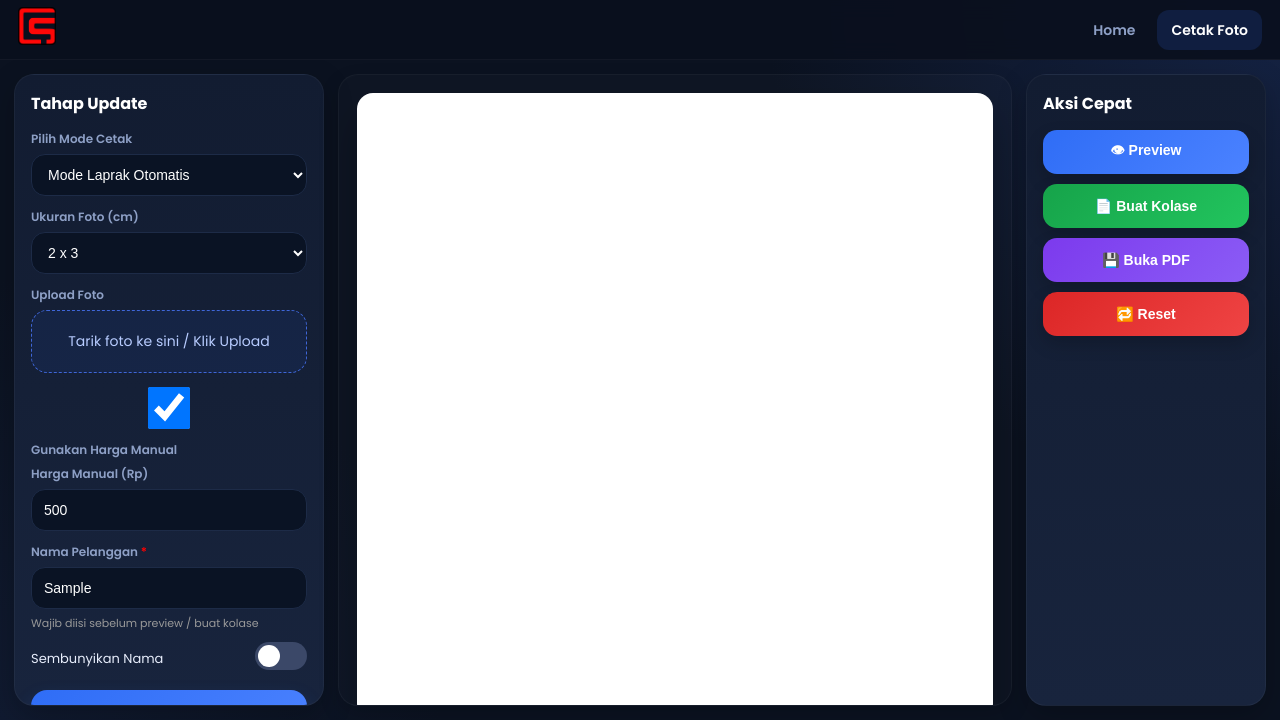
Repository: procinema22/hiisedulurfc
Page: cetakfoto.html
The author's editor kept a copy of each file at every save. The page is drawn from the files as they stood at one save, then again after the next save.
The browser window is 1280 px wide. The pictures show the whole page.
Empty fields were first filled with sample values (such as "Sample", 5 or name@example.com).
After loading, the first visible `#manualHargaCheckbox` was changed once.
An inner scrolling area shows only its first screen.

Above is the page before, as saved 2026-04-29 10:11:34.

### cetakfoto.html
<!DOCTYPE html>

<html lang="id">
<head>
<meta charset="UTF-8">
<meta name="viewport" content="width=device-width, initial-scale=1.0">
<title>SEDULUR FOTO COPY – Cetak Foto</title>
<link rel="icon" type="image/png" href="img/loggo/sdlr.png">
<link href="https://fonts.googleapis.com/css2?family=Poppins:wght@400;500;600;700&display=swap" rel="stylesheet">
<link rel="stylesheet" href="css/cetak.css">
<script src="https://cdn.jsdelivr.net/npm/exif-js"></script>
<script src="https://cdnjs.cloudflare.com/ajax/libs/jspdf/2.5.1/jspdf.umd.min.js"></script>
</head>
<body>
<header>
  <div class="logo"><a href="index.html"><img src="img/loggo/sdlr.png" alt="Sedulur Foto Copy"></a></div>
  <nav>
    <ul>
      <li><a href="index.html">Home</a></li>
      <li><a href="cetakfoto.html" class="active">Cetak Foto</a></li>
         </ul>
  </nav>
</header>
<div class="layout">
  <aside class="left-panel">
    <h2 class="section-title">Tahap Update</h2>

<label>Pilih Mode Cetak</label>
<select id="modeSelect">
  <option value="normal">Mode Laprak Otomatis</option>
  <option value="perfoto">Mode Pas Foto</option>
  <option value="circle">Mode Lingkaran</option>
</select>

<div id="circleControls" style="display:none;">
  <label>Diameter Lingkaran (cm)</label>
  <input
  id="circleDiameter"
  type="number"
  value="4"
  min="1"
  step="0.1"
  placeholder="Diameter cm">
</div>

<label>Ukuran Foto (cm)</label>
<select id="sizeSelect">
  <option value="2x3">2 x 3</option>
  <option value="3x4">3 x 4</option>
  <option value="4x6">4 x 6</option>
  <option value="5x5">5 x 5</option>
  <option value="6x9">6 x 9</option>
  <option value="10x15">10 x 15</option>
  <option value="custom">Custom</option>
</select>

<div id="customSize" style="display:none; gap:10px;">
  <input id="customW" type="number" placeholder="Lebar (cm)">
  <input id="customH" type="number" placeholder="Tinggi (cm)">
</div>

<label>Upload Foto</label>
<div id="dropArea" class="drop-area">Tarik foto ke sini / Klik Upload</div>
<input id="upload" type="file" multiple accept="image/*" hidden>

<label class="inline-check"><input type="checkbox" id="manualHargaCheckbox"> Gunakan Harga Manual</label>

<div id="manualHargaBox" style="display:none;">
  <label>Harga Manual (Rp)</label>
  <input id="manualHargaInput" type="number" value="500" min="500" step="500">
</div>

<!-- GANTI input nama lama -->
<label>Nama Pelanggan <span style="color:red;">*</span></label>
<input id="userName" type="text" placeholder="Nama pelanggan" required>
<small style="color:#999;">Wajib diisi sebelum preview / buat kolase</small>


<div class="switch-wrap">
  <span>Sembunyikan Nama</span>
  <label class="switch">
    <input type="checkbox" id="hideInfo">
    <span class="slider"></span>
  </label>
</div>

<div class="price" id="priceDisplay">Harga: Rp 0</div>
<div id="batchList"></div>

<div class="accordion">

  <button type="button" class="accordion-btn" onclick="toggleMargin()">
    Margin Kertas ▼
  </button>

  <div id="marginSection" class="accordion-content">

    <label>Margin Atas (mm)</label>

    <input id="marginTop" type="number" value="10">

    <label>Margin Bawah (mm)</label>
    <input id="marginBottom" type="number" value="10">

    <label>Margin Kiri (mm)</label>
    <input id="marginLeft" type="number" value="10">

    <label>Margin Kanan (mm)</label>
    <input id="marginRight" type="number" value="10">

    <label>Gap antar foto (px)</label>
    <input id="gap" type="number" value="20">


  </div>

</div>




<label class="inline-check"><input type="checkbox" checked disabled> Hubungi admin untuk menghilangkan watermark</label>


  </aside>

  <section class="center-panel">
    <canvas id="canvas" width="1240" height="1754"></canvas>
    <div class="page-nav" id="pageNav" style="display:none;">
      <button id="prevPage">⬅</button>
      <div id="pageIndicator">Halaman 1 / 1</div>
      <button id="nextPage">➡</button>
    </div>
  </section>

  <aside class="right-panel">
    <h2 class="section-title">Aksi Cepat</h2>
    <button id="previewBtn" class="btn blue">👁 Preview</button>
    <button id="generateBtn" class="btn green">📄 Buat Kolase</button>
    <button id="downloadPdf" class="btn purple">💾 Buka PDF</button>
    <button id="reset" class="btn red">🔁 Reset</button>
  </aside>
</div>
<div id="loadingOverlay"><div class="loader"></div><p>Memproses... tunggu sebentar ya</p></div>
<div id="toast"></div>
<script src="js/state.js"></script>
<script src="js/helpers.js"></script>
<script src="js/upload.js"></script>
<script src="js/batch.js"></script>
<script src="js/layout.js"></script>
<script src="js/render.js"></script>
<script src="js/pdf.js"></script>
<script src="js/events.js"></script>
<script src="js/main.js"></script>
<!-- TAMBAHKAN sebelum </body> -->
<div id="popupNotif" class="popup-notif">
  <div class="popup-card">
    <div class="popup-head">
      <div class="popup-left">
        <div class="popup-icon">💬</div>
        <span>MESSAGES</span>
      </div>
      <small>NOW</small>
    </div>

    <div class="popup-text" id="popupText">
      Nama pelanggan wajib diisi
    </div>
  </div>
</div>
</body>
</html>

### css/cetak.css
/* =====================================
   CETAK.CSS — FINAL PRODUCTION VERSION
   Elegant Dark Pro UI
===================================== */

:root{
  --bg:#0b1220;
  --bg2:#111a2e;
  --card:#121c31;
  --card2:#18243d;
  --line:#24324f;

  --text:#e8eefc;
  --muted:#8ea0c6;

  --primary:#2f6df6;
  --primary2:#4b82ff;
  --success:#16a34a;
  --danger:#ef4444;
  --purple:#7c3aed;

  --radius:16px;
  --radius-sm:12px;

  --shadow:
    0 10px 30px rgba(0,0,0,.22);

  --shadow-soft:
    0 8px 20px rgba(0,0,0,.16);

  --speed:.22s ease;
}

/* ===============================
   RESET
=================================*/
*{
  margin:0;
  padding:0;
  box-sizing:border-box;
}

html,body{
  height:100%;
}

body{
  font-family:"Poppins",sans-serif;
  background:
    radial-gradient(circle at top right,#152344 0%,transparent 35%),
    radial-gradient(circle at bottom left,#101a30 0%,transparent 30%),
    var(--bg);
  color:var(--text);
  overflow:hidden;
}

/* ===============================
   SCROLLBAR
=================================*/
::-webkit-scrollbar{
  width:8px;
  height:8px;
}
::-webkit-scrollbar-track{
  background:#0e1728;
}
::-webkit-scrollbar-thumb{
  background:#2a3b60;
  border-radius:10px;
}
::-webkit-scrollbar-thumb:hover{
  background:#39528b;
}

/* ===============================
   NAVBAR
=================================*/
header{
  height:60px;
  padding:0 18px;
  display:flex;
  align-items:center;
  justify-content:space-between;

  background:rgba(10,16,30,.92);
  backdrop-filter:blur(10px);
  border-bottom:1px solid rgba(255,255,255,.04);

  position:sticky;
  top:0;
  z-index:999;
}

.logo{
  display:flex;
  align-items:center;
}

.logo img{
  height:38px;
  width:auto;
}

nav ul{
  list-style:none;
  display:flex;
  gap:8px;
}

nav a{
  color:var(--muted);
  text-decoration:none;
  font-size:14px;
  font-weight:600;
  padding:10px 14px;
  border-radius:12px;
  transition:var(--speed);
}

nav a:hover,
nav a.active{
  color:#fff;
  background:rgba(47,109,246,.15);
}

/* ===============================
   MAIN LAYOUT
=================================*/
.layout{
  height:calc(100vh - 60px);
  display:grid;
  grid-template-columns:310px 1fr 240px;
  gap:14px;
  padding:14px;
}

/* ===============================
   PANELS
=================================*/
.left-panel,
.right-panel{
  background:linear-gradient(180deg,var(--card),var(--card2));
  border:1px solid rgba(255,255,255,.04);
  border-radius:20px;
  box-shadow:var(--shadow);
  overflow-y:auto;
  padding:16px;
}

.center-panel{
  background:rgba(255,255,255,.02);
  border:1px solid rgba(255,255,255,.03);
  border-radius:20px;
  box-shadow:var(--shadow-soft);

  display:flex;
  flex-direction:column;
  align-items:center;
  justify-content:flex-start;

  overflow:auto;
  padding:18px;
}

.section-title{
  font-size:16px;
  font-weight:700;
  margin-bottom:14px;
  color:#fff;
}

/* ===============================
   FORM
=================================*/
label{
  display:block;
  font-size:12px;
  font-weight:600;
  color:var(--muted);
  margin-bottom:6px;
}

input,
select,
textarea{
  width:100%;
  height:42px;
  border:none;
  outline:none;

  background:#0a1324;
  color:#fff;

  border:1px solid #1d2b47;
  border-radius:14px;

  padding:0 12px;
  font-size:14px;

  margin-bottom:12px;
  transition:var(--speed);
}

input:focus,
select:focus{
  border-color:var(--primary);
  box-shadow:0 0 0 3px rgba(47,109,246,.12);
}

small{
  display:block;
  color:#7387b1;
  margin-top:-6px;
  margin-bottom:10px;
  font-size:11px;
}

/* ===============================
   DROP AREA
=================================*/
.drop-area{
  border:1.6px dashed #3f66d8;
  background:rgba(47,109,246,.08);
  color:#b8ccff;

  border-radius:16px;
  padding:20px;
  text-align:center;
  font-size:14px;
  cursor:pointer;

  margin-bottom:14px;
  transition:var(--speed);
}

.drop-area:hover{
  transform:translateY(-1px);
  background:rgba(47,109,246,.14);
}

/* ===============================
   SWITCH
=================================*/
.switch-wrap{
  display:flex;
  align-items:center;
  justify-content:space-between;
  gap:10px;
  margin:8px 0 14px;
  font-size:13px;
}

.switch{
  position:relative;
  width:52px;
  height:28px;
}

.switch input{
  opacity:0;
  width:0;
  height:0;
}

.slider{
  position:absolute;
  inset:0;
  background:#3b4868;
  border-radius:50px;
  cursor:pointer;
  transition:var(--speed);
}

.slider:before{
  content:"";
  position:absolute;
  width:22px;
  height:22px;
  left:3px;
  top:3px;
  background:#fff;
  border-radius:50%;
  transition:var(--speed);
}

.switch input:checked + .slider{
  background:var(--primary);
}

.switch input:checked + .slider:before{
  transform:translateX(24px);
}

/* ===============================
   PRICE
=================================*/
.price{
  background:linear-gradient(135deg,var(--primary),var(--primary2));
  border-radius:16px;
  padding:14px;
  font-size:20px;
  font-weight:700;
  text-align:center;
  margin:12px 0;
  box-shadow:0 10px 20px rgba(47,109,246,.22);
}

/* ===============================
   BATCH LIST
=================================*/
#batchList{
  display:flex;
  flex-direction:column;
  gap:10px;
}

.batch-row{
  background:#0a1324;
  border:1px solid #1a2742;
  border-radius:14px;
  padding:10px;
}

/* ===============================
   ACCORDION
=================================*/
.accordion-btn{
  width:100%;
  height:42px;
  border:none;
  cursor:pointer;

  border-radius:14px;
  color:#fff;
  font-weight:700;

  background:#0d172b;
  border:1px solid #1d2b47;

  transition:var(--speed);
}

.accordion-btn:hover{
  background:#13203a;
}

.accordion-content{
  display:none;
  padding-top:12px;
}

.accordion-content.show{
  display:block;
}

/* ===============================
   CANVAS
=================================*/
canvas{
  width:100%;
  max-width:720px;
  height:auto;

  background:#fff;
  border-radius:16px;
  border:1px solid rgba(255,255,255,.06);

  box-shadow:
    0 20px 40px rgba(0,0,0,.25);
}

/* ===============================
   PAGE NAV
=================================*/
.page-nav{
  margin-top:14px;
  display:flex;
  align-items:center;
  gap:10px;
}

.page-nav button{
  width:42px;
  height:42px;
  border:none;
  border-radius:12px;
  cursor:pointer;

  color:#fff;
  background:#17253f;

  transition:var(--speed);
}

.page-nav button:hover{
  background:var(--primary);
}

#pageIndicator{
  font-size:13px;
  color:var(--muted);
}

/* ===============================
   BUTTONS
=================================*/
.btn{
  width:100%;
  height:44px;

  border:none;
  cursor:pointer;

  border-radius:14px;
  color:#fff;

  font-size:14px;
  font-weight:700;

  margin-bottom:10px;

  transition:var(--speed);
  box-shadow:
    0 8px 18px rgba(0,0,0,.18);
}

.btn:hover{
  transform:translateY(-2px);
}

.btn:active{
  transform:scale(.98);
}

.blue{
  background:linear-gradient(135deg,#2f6df6,#4b82ff);
}

.green{
  background:linear-gradient(135deg,#16a34a,#22c55e);
}

.purple{
  background:linear-gradient(135deg,#7c3aed,#8b5cf6);
}

.red{
  background:linear-gradient(135deg,#dc2626,#ef4444);
}

/* ===============================
   LOADING
=================================*/
#loadingOverlay{
  position:fixed;
  inset:0;
  background:rgba(0,0,0,.55);
  backdrop-filter:blur(4px);

  display:none;
  flex-direction:column;
  align-items:center;
  justify-content:center;

  z-index:9999;
}

#loadingOverlay.show{
  display:flex;
}

.loader{
  width:52px;
  height:52px;
  border:4px solid rgba(255,255,255,.18);
  border-top:4px solid #fff;
  border-radius:50%;
  animation:spin .9s linear infinite;
}

#loadingOverlay p{
  margin-top:12px;
  color:#fff;
  font-size:14px;
}

@keyframes spin{
  to{
    transform:rotate(360deg);
  }
}

/* ===============================
   TOAST
=================================*/
#toast{
  position:fixed;
  right:18px;
  bottom:18px;

  min-width:220px;
  padding:14px 16px;

  border-radius:14px;
  background:#121c31;
  border:1px solid #22304c;
  color:#fff;

  box-shadow:var(--shadow);
  z-index:10000;

  opacity:0;
  transform:translateY(15px);
  transition:var(--speed);
}

#toast.show{
  opacity:1;
  transform:translateY(0);
}

/* ===============================
   IOS POPUP
=================================*/
.popup-notif{
  position:fixed;
  inset:0;
  display:flex;
  justify-content:center;
  align-items:center;

  background:rgba(0,0,0,.18);
  backdrop-filter:blur(8px);

  z-index:10001;

  opacity:0;
  visibility:hidden;
  pointer-events:none;
  transition:var(--speed);
}

.popup-notif.show{
  opacity:1;
  visibility:visible;
  pointer-events:auto;
}

.popup-card{
  width:360px;
  max-width:92%;

  background:rgba(255,255,255,.95);
  color:#111;

  border-radius:28px;
  padding:18px 20px;

  box-shadow:
    0 30px 60px rgba(0,0,0,.18);

  transform:translateY(25px) scale(.92);
  transition:var(--speed);
}

.popup-notif.show .popup-card{
  transform:translateY(0) scale(1);
}

.popup-head{
  display:flex;
  justify-content:space-between;
  align-items:center;
  margin-bottom:14px;
}

.popup-left{
  display:flex;
  align-items:center;
  gap:10px;
  font-weight:700;
  color:#666;
}

.popup-icon{
  width:28px;
  height:28px;
  border-radius:8px;
  background:#35c759;
  color:#fff;

  display:flex;
  align-items:center;
  justify-content:center;
}

.popup-text{
  font-size:17px;
  font-weight:500;
}

/* ===============================
   RESPONSIVE
=================================*/
@media (max-width:1100px){

  .layout{
    grid-template-columns:280px 1fr;
  }

  .right-panel{
    grid-column:1 / -1;
    display:grid;
    grid-template-columns:repeat(4,1fr);
    gap:10px;
  }

  .right-panel .btn{
    margin:0;
  }
}

@media (max-width:820px){

  body{
    overflow:auto;
  }

  .layout{
    height:auto;
    grid-template-columns:1fr;
  }

  .left-panel,
  .right-panel,
  .center-panel{
    min-height:auto;
  }

  .right-panel{
    grid-template-columns:1fr 1fr;
  }

  canvas{
    max-width:100%;
  }

  nav ul{
    gap:4px;
  }

  nav a{
    padding:8px 10px;
    font-size:12px;
  }
}

@media (max-width:560px){

  header{
    padding:0 10px;
  }

  .logo img{
    height:32px;
  }

  .right-panel{
    grid-template-columns:1fr;
  }

  .price{
    font-size:17px;
  }

  .popup-card{
    padding:16px;
  }

  .popup-text{
    font-size:15px;
  }
}

/* ===============================
   PRINT
=================================*/
@media print{

  header,
  .left-panel,
  .right-panel,
  .page-nav,
  #toast,
  #loadingOverlay,
  .popup-notif{
    display:none !important;
  }

  body{
    background:#fff;
  }

  .layout{
    display:block;
    padding:0;
    height:auto;
  }

  .center-panel{
    border:none;
    box-shadow:none;
    padding:0;
  }

  canvas{
    width:210mm !important;
    height:297mm !important;
    border:none;
    border-radius:0;
    box-shadow:none;
  }
}

@page{
  size:A4;
  margin:0;
}

### js/events.js
/* =====================================
   FILE: js/events.js
   FINAL PRODUCTION VERSION
===================================== */

window.addEventListener("load", () => {

  /* ---------------------------
     PREVIEW
  --------------------------- */
  previewBtn?.addEventListener("click", async () => {

    if (!batches.length) {
      toast("Belum ada foto");
      return;
    }

    if (!cekNamaPelanggan()) return;

    showLoading();

    try {
      await autoPreview();
      toast("Preview selesai");
    } catch (err) {
      console.error("Preview error:", err);
      toast("Preview gagal");
    } finally {
      hideLoading();
    }

  });

  /* ---------------------------
     GENERATE
  --------------------------- */
  generateBtn?.addEventListener("click", async () => {

    if (!batches.length) {
      toast("Belum ada foto");
      return;
    }

    if (!cekNamaPelanggan()) return;

    showLoading();

    try {
      await autoPreview();
      toast("Kolase selesai");
    } catch (err) {
      console.error("Generate error:", err);
      toast("Generate gagal");
    } finally {
      hideLoading();
    }

  });

  /* ---------------------------
     PDF
  --------------------------- */
  downloadPdf?.addEventListener("click", async () => {

    if (!batches.length) {
      toast("Belum ada foto");
      return;
    }

    if (!cekNamaPelanggan()) return;

    showLoading();

    try {
      await openPdfFile();
      toast("PDF dibuka");
    } catch (err) {
      console.error("PDF error:", err);
      toast("Gagal membuka PDF");
    } finally {
      hideLoading();
    }

  });

  /* ---------------------------
     RESET
  --------------------------- */
  resetBtn?.addEventListener("click", () => {

    resetState();

    refreshBatchList();
    clearCanvas();
    updatePricePreview();

    if (pageNav) pageNav.style.display = "none";
    if (upload) upload.value = "";
    if (userName) userName.value = "";

    toast("Reset selesai");

  });

  /* ---------------------------
     PAGE NAV
  --------------------------- */
  prevPageBtn?.addEventListener("click", () => {
    showPageAtIndex(currentPageIndex - 1);
  });

  nextPageBtn?.addEventListener("click", () => {
    showPageAtIndex(currentPageIndex + 1);
  });

  /* ---------------------------
     MODE CHANGE
  --------------------------- */
  modeSelect?.addEventListener("change", async () => {

    const mode = modeSelect.value;

    if (circleControls) {
      circleControls.style.display =
        mode === "circle" ? "block" : "none";
    }

    if (customSize) {
      customSize.style.display =
        mode !== "circle" &&
        sizeSelect?.value === "custom"
          ? "flex"
          : "none";
    }

    if (batches.length) {
      await autoPreview();
    }

  });

  /* ---------------------------
     SIZE CHANGE
  --------------------------- */
  sizeSelect?.addEventListener("change", async () => {

    if (customSize) {
      customSize.style.display =
        sizeSelect.value === "custom" &&
        modeSelect?.value !== "circle"
          ? "flex"
          : "none";
    }

    if (batches.length) {
      await autoPreview();
    }

  });

  /* ---------------------------
     LIVE AUTO PREVIEW
  --------------------------- */
  [
    marginTop,
    marginBottom,
    marginLeft,
    marginRight,
    gapInput,
    customW,
    customH,
    circleDiameter
  ].forEach(el => {

    if (!el) return;

    el.addEventListener("input", async () => {
      if (batches.length) {
        await autoPreview();
      }
    });

  });

});

/* =====================================
   POPUP IOS STYLE
===================================== */
function showPopup(message = "Notifikasi") {

  const popup = document.getElementById("popupNotif");
  const text  = document.getElementById("popupText");

  if (!popup || !text) return;

  text.textContent = message;
  popup.classList.add("show");

  clearTimeout(window.popupTimer);

  window.popupTimer = setTimeout(() => {
    popup.classList.remove("show");
  }, 2200);
}

/* =====================================
   VALIDASI NAMA WAJIB
===================================== */
function cekNamaPelanggan() {

  const nama = userName?.value.trim();

  if (nama === "") {

    showPopup("Nama pelanggan wajib diisi!");

    userName.focus();
    userName.style.border = "2px solid #ef4444";

    setTimeout(() => {
      userName.style.border = "";
    }, 1800);

    return false;
  }

  return true;
}

### js/main.js
/* =====================================
   FILE: js/main.js
   Init / Startup
===================================== */

/* ---------------------------
   Toggle Manual Harga Box
--------------------------- */
if (
    manualHargaCheckbox &&
    manualHargaBox
  ) {
    manualHargaCheckbox.onchange =
      () => {

        manualHargaBox.style.display =
          manualHargaCheckbox.checked
            ? "block"
            : "none";

        updatePricePreview();
      };

    /* init pertama */
    manualHargaBox.style.display =
      manualHargaCheckbox.checked
        ? "block"
        : "none";
  }

  /* ---------------------------
     Toggle Margin Accordion
     dipanggil dari HTML:
     onclick="toggleMargin()"
  --------------------------- */
  function toggleMargin() {

    const box =
      document.getElementById(
        "marginSection"
      );

    if (!box) return;

    const open =
      box.style.display ===
      "block";

    box.style.display =
      open ? "none" : "block";
  }

  /* ---------------------------
     First Render
  --------------------------- */
  function initApp() {

    clearCanvas();

    refreshBatchList();

    updatePricePreview();

    if (pageNav) {
      pageNav.style.display =
        "none";
    }

    if (circleControls) {
      circleControls.style.display =
        modeSelect?.value ===
        "circle"
          ? "block"
          : "none";
    }

    if (customSize) {
      customSize.style.display =
        sizeSelect?.value ===
        "custom"
          ? "flex"
          : "none";
    }

    console.log(
      "SEDULUR FOTO COPY READY"
    );
  }

  /* ---------------------------
     Jalankan
  --------------------------- */
  initApp();

Loaded but not shown: js/render.js (272 lines, source omitted); js/layout.js (223 lines, source omitted); js/upload.js (238 lines, source omitted); js/pdf.js (218 lines, source omitted); js/helpers.js (145 lines, source omitted); js/batch.js (149 lines, source omitted); js/state.js (124 lines, source omitted)

After the next save:
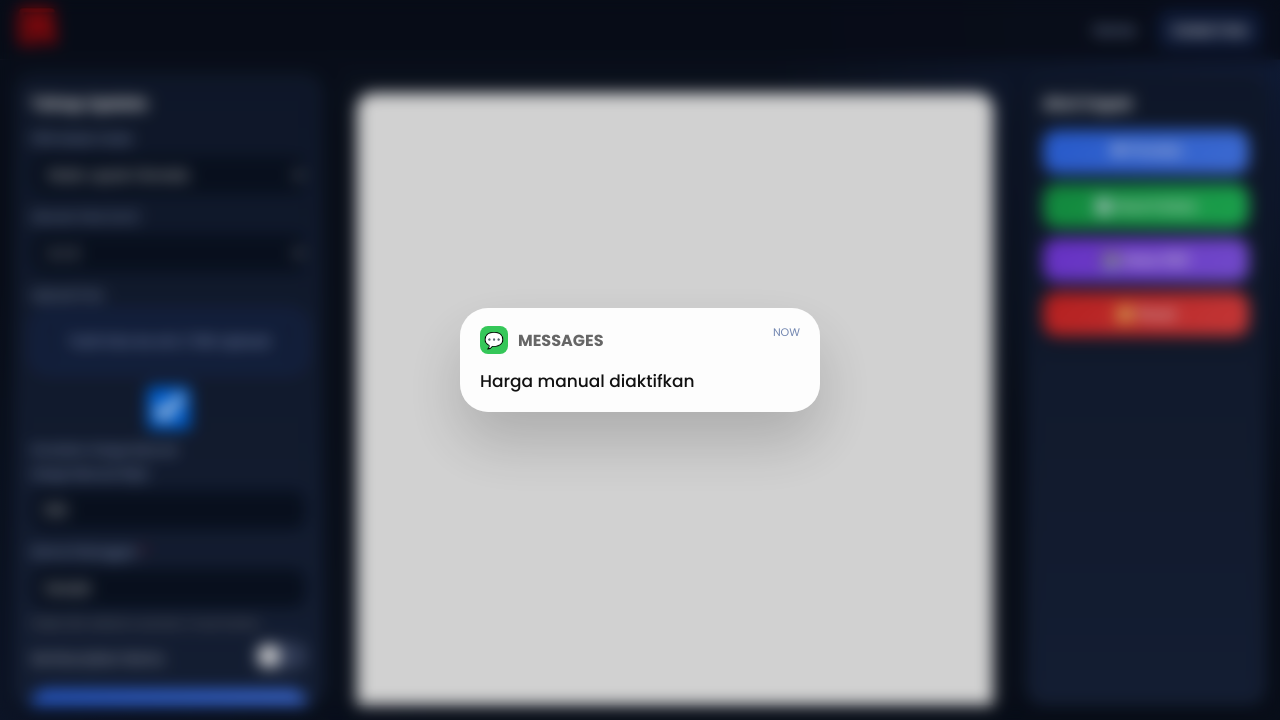
Saved 2 min 21 s later.
--- a/js/events.js
+++ b/js/events.js
@@ -5,6 +5,54 @@
 
 window.addEventListener("load", () => {
 
+/* =====================================
+   KUNCI HARGA MANUAL
+   Tambahkan di js/events.js
+===================================== */
+
+/* ---------------------------
+   MANUAL HARGA LOCK
+--------------------------- */
+manualHargaCheckbox?.addEventListener("change", () => {
+
+  const aktif = manualHargaCheckbox.checked;
+
+  if (manualHargaBox) {
+    manualHargaBox.style.display =
+      aktif ? "block" : "none";
+  }
+
+  /* saat aktif = harga otomatis dimatikan */
+  if (aktif) {
+    showPopup("Harga manual diaktifkan");
+  } else {
+    showPopup("Harga otomatis diaktifkan");
+    updatePricePreview();
+  }
+
+});
+
+/* ---------------------------
+   INPUT HARGA MANUAL
+--------------------------- */
+manualHargaInput?.addEventListener("input", () => {
+
+  if (!manualHargaCheckbox.checked) return;
+
+  let harga =
+    parseInt(manualHargaInput.value) || 0;
+
+  if (harga < 500) harga = 500;
+
+  manualHargaInput.value = harga;
+
+  if (priceDisplay) {
+    priceDisplay.textContent =
+      "Harga: Rp " +
+      harga.toLocaleString("id-ID");
+  }
+
+});
   /* ---------------------------
      PREVIEW
   --------------------------- */
